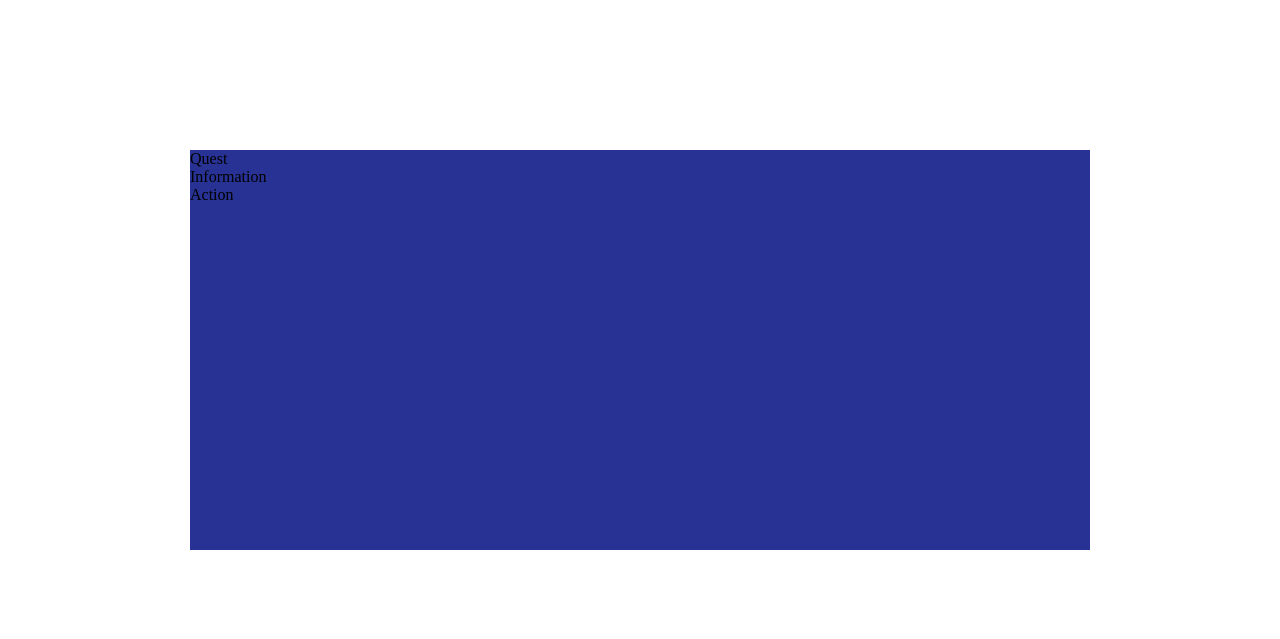
Repository: rahulnag7963/UBCHacks4.0
Page: /
The author's editor kept a copy of each file at every save. The page is drawn from the files as they stood at one save, then again after the next save.
The browser window is 1280 px wide. The pictures show the whole page.
The project was rebuilt for these pictures with package versions that can differ from the ones it lists, and the page was loaded fresh each time.

Above is the page before, as saved 2022-11-26 02:41:22.

After the next save:
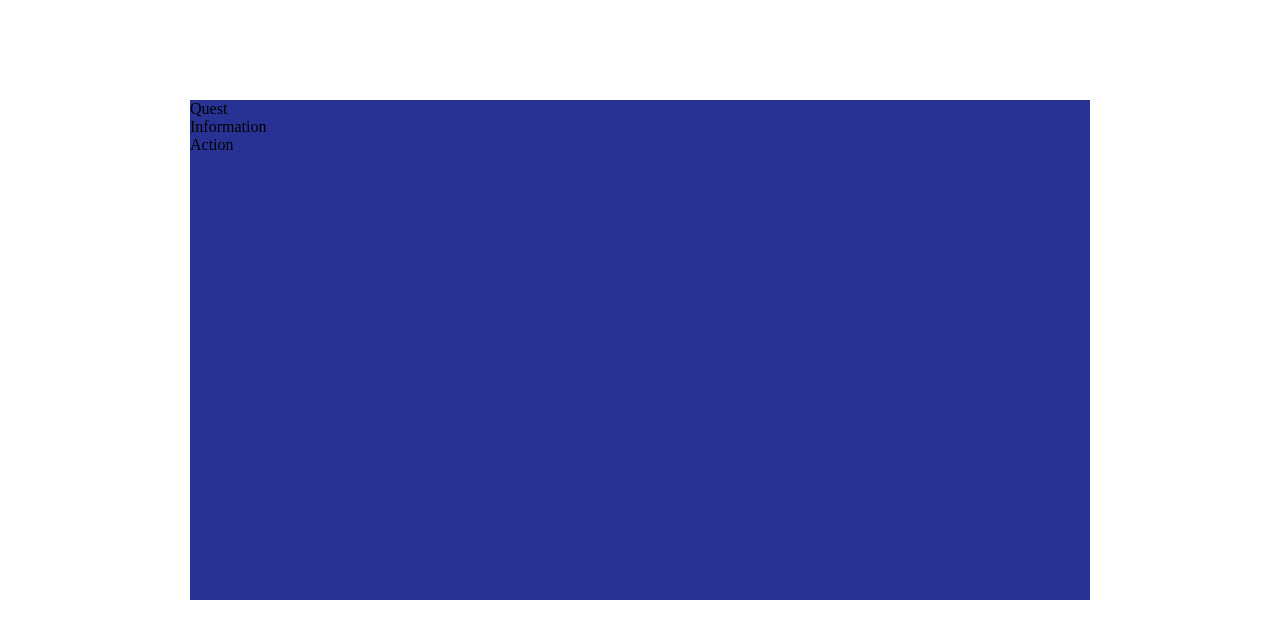
Saved 24 s later.
--- a/src/app.css
+++ b/src/app.css
@@ -1,10 +1,10 @@
 .app {
-    height: 400px;
+    height: 500px;
     width: 900px;
     background-color: rgb(39, 50, 148);
     margin-left: auto;
     margin-right: auto;
-    margin-top: 150px;
+    margin-top: 100px;
 
 
 
